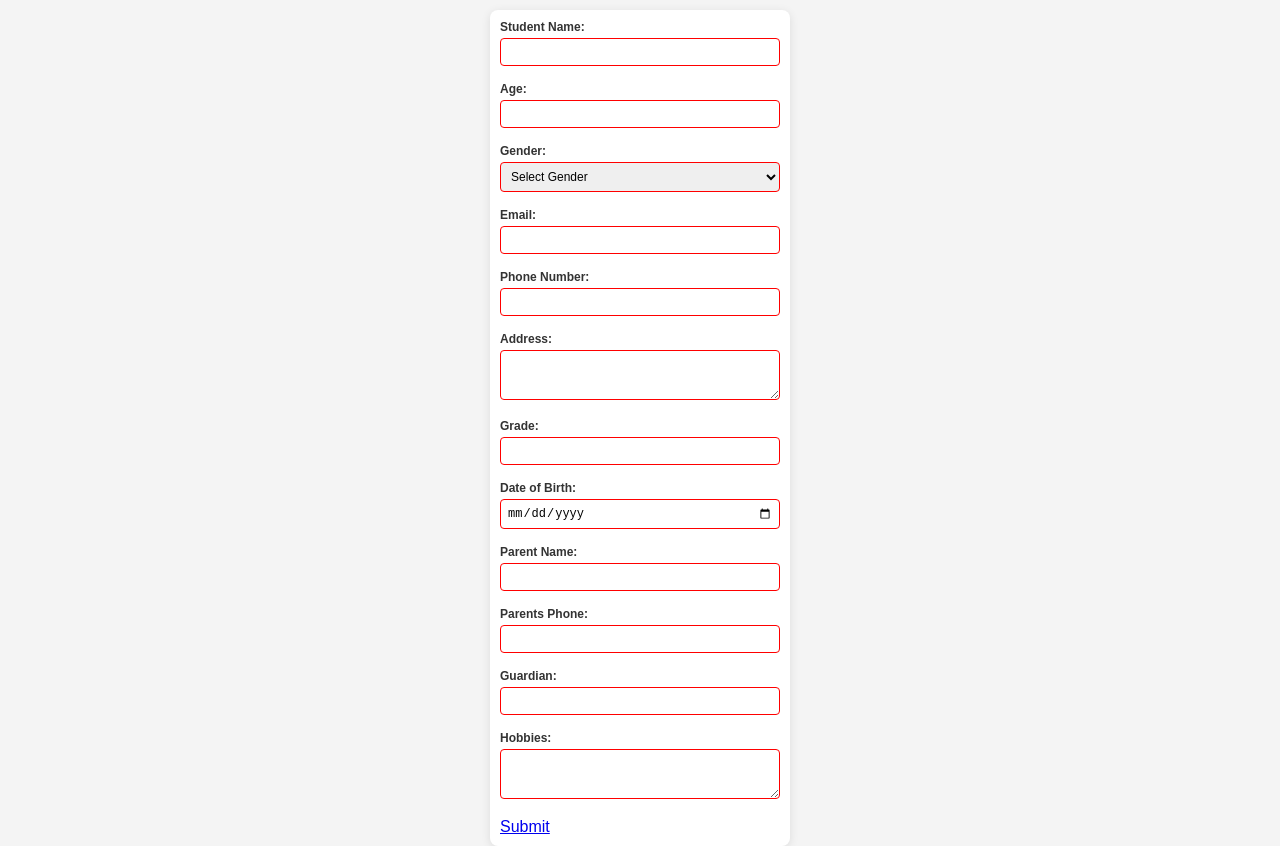
Repository: sharmisthak16/Student-Assignment
Page: /AddStudentModal (app in my-project/)
An editor plug-in stored every save of this project. The page is shown before and after a run of saves, followed by the edit.
The browser window is 1280 px wide. The pictures show the whole page.
The project was rebuilt for these pictures with package versions that can differ from the ones it lists, and the page was loaded fresh each time. Also part of the build but not shown: my-project/vite.config.js, my-project/src/components/LoginForm.css, my-project/src/components/LoginForm.jsx, my-project/src/components/Dashboard.css, my-project/src/components/Dashboard.jsx, my-project/src/components/HomeButtons.css, my-project/src/components/HomeButtons.jsx, my-project/src/Pages/Home.jsx and 2 more.

Above is the page before, as saved 2025-01-31 03:59:07.

After the next 2 saves:
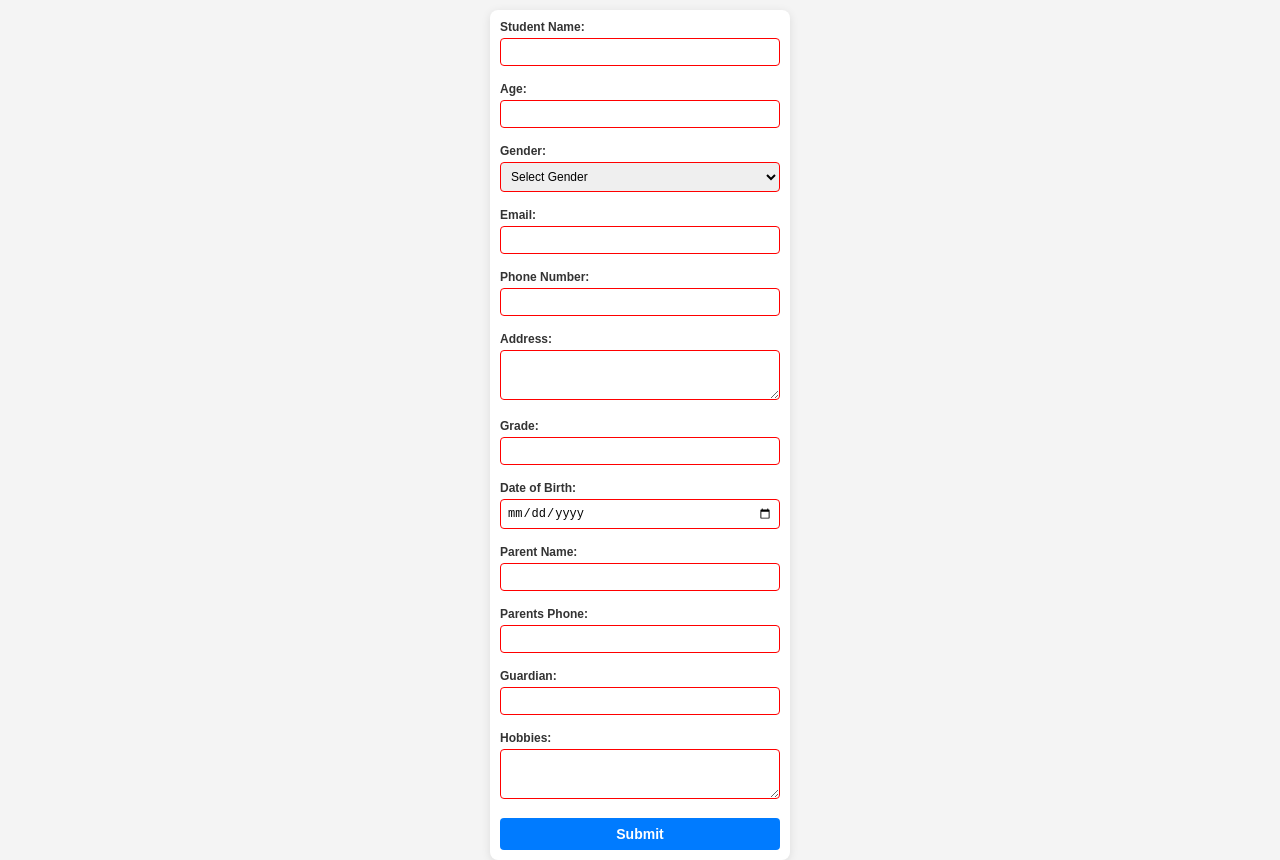
The 2 saves are shown as one change because they came seconds apart.
The last was saved 3 min 6 s later.
--- a/my-project/src/components/AddStudentModal.jsx
+++ b/my-project/src/components/AddStudentModal.jsx
@@ -1,7 +1,7 @@
 import React, { useState } from 'react';
 import { db, collection, addDoc } from './firebase'; // Import Firestore methods
 import './AddStudentModal.css';
-import { Link } from 'react-router-dom';
+import { useNavigate } from 'react-router-dom'; // To programmatically navigate
 
 const AddStudentModal = () => {
   const [formData, setFormData] = useState({
@@ -20,6 +20,7 @@ const AddStudentModal = () => {
   });
 
   const [loading, setLoading] = useState(false);
+  const navigate = useNavigate(); // To navigate after form submission
 
   const handleChange = (e) => {
     const { name, value } = e.target;
@@ -52,6 +53,8 @@ const AddStudentModal = () => {
         guardian: '',
         hobbies: ''
       });
+
+      navigate('/Dashboard'); // Navigate to Dashboard after submission
     } catch (error) {
       console.error('Error adding student:', error);
       alert('Failed to save student data.');
@@ -127,9 +130,9 @@ const AddStudentModal = () => {
         <textarea name="hobbies" value={formData.hobbies} onChange={handleChange} required />
       </label>
 
-      <Link to='/Dashboard' type="submit" disabled={loading}>
+      <button type="submit" disabled={loading}>
         {loading ? 'Submitting...' : 'Submit'}
-      </Link>
+      </button>
     </form>
   );
 };
